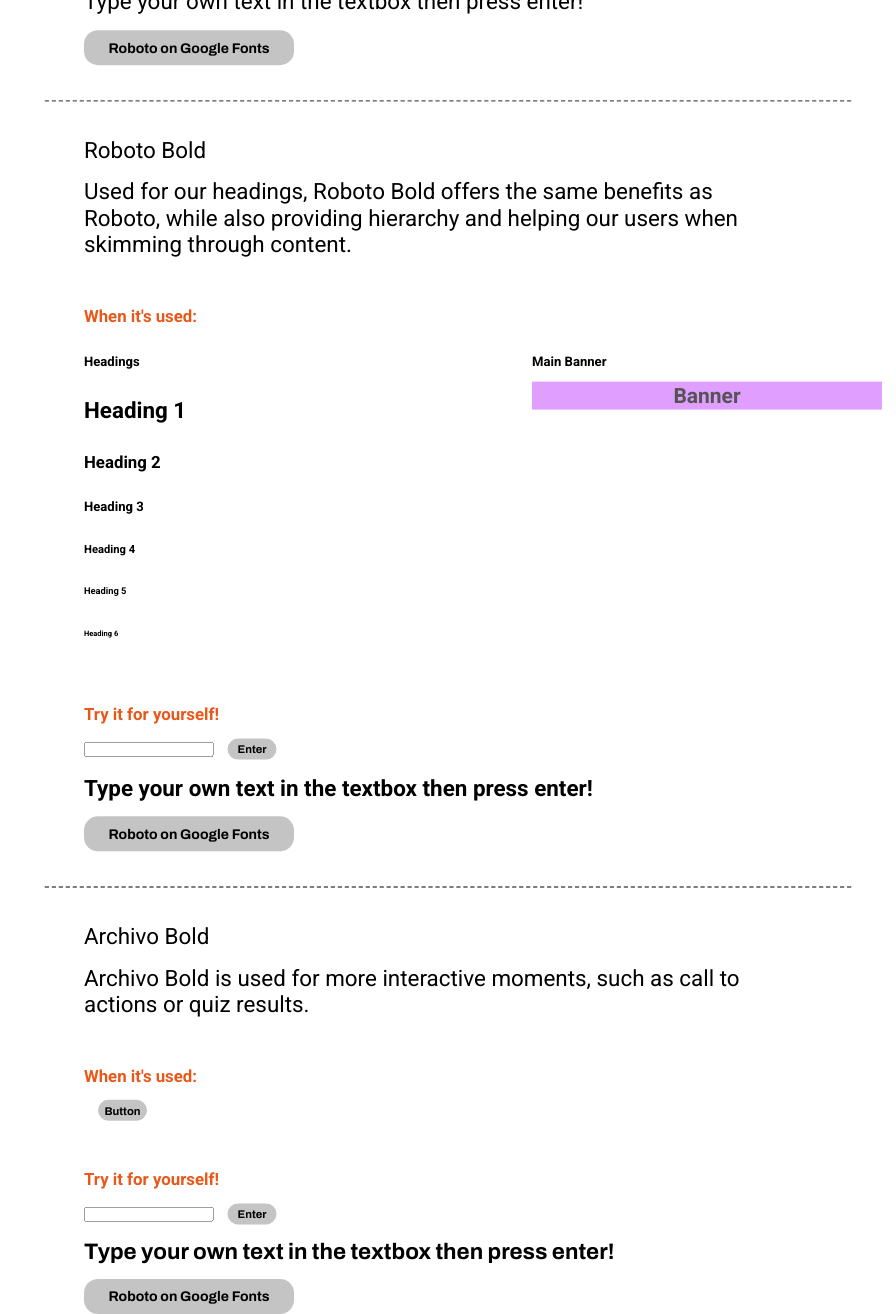
Repository: Levic559/bird-styleguide
Page: typography/index.html
These files come from the project's save history. The page is drawn as it stood at one moment and after the next save; the edit follows.
The browser window is 1280 px wide. The pictures show the part of the page from y = 733 to 2653 px (the page is 2610 px tall before and 2653 px after), at 70% of full size.

Above is the page before, as saved 2021-03-22 06:28:35.
Console error: TypeError: Cannot read properties of null (reading 'innerHTML')

### typography/index.html
<!DOCTYPE html>
<html>
    <head>
        <title>
            Typography
        </title>
        <link rel="preconnect" href="https://fonts.gstatic.com">
        <link href="https://fonts.googleapis.com/css2?family=Archivo:wght@700&family=Roboto:wght@400;700&display=swap" rel="stylesheet">
        <link href="style.css" rel="stylesheet">
    </head>
    <body>
        <div class="main">
            <!--Roboto-->
            <div class="fontcontainer">
                <h1 class="Roboto top">Roboto Regular</h1>
                <h1 class="Roboto">Roboto is our typeface for bodies of text. It offers great readability and is quite functional.</h1>
                <h2 class="Orange">When it's used:</h3>
                <div class="examplescontainer">
                    <div class="column">
                        <h3>Paragraphs</h3>
                        <p>
                            Stay safe by taking some simple precautions, such as physical distancing, wearing a mask, especially when distancing cannot be maintained, keeping rooms well ventilated, avoiding crowds and close contact, regularly cleaning your hands, and coughing into a bent elbow or tissue.
                        </p>
                    </div>
                    <div class="column">
                        <h3>Lists</h3>
                        <ul>
                            <li>Face Masks</li>
                            <li>Physical Distancing</li>
                            <li>Keeping Rooms Ventilated</li>
                            <li>Coughing into your elbow</li>
                        </ul>
                    </div>
                </div>

                <h2 class="Orange">Try it for yourself!</h2>

                <div class="inputcontainer">
                    <input type="text" id="input1"></input>
                    <div class="enter" onclick="textOne()">Enter</div>
                </div>
                <h1 class="Roboto" id="output1">Type your own text in the textbox then press enter!</h1>
                <div class="linkbutton">Roboto on Google Fonts</div>
            </div>

            <div class="divider"></div>

            <!--Roboto Bold-->
            <div class="fontcontainer">
                <h1 class="Roboto top">Roboto Bold</h1>
                <h1 class="Roboto">Used for our headings, Roboto Bold offers the same benefits as Roboto, while also providing hierarchy and helping our users when skimming through content.</h1>
                <h2 class="Orange">When it's used:</h3>
                <div class="examplescontainer">
                    <div class="column">
                        <h3>Headings</h3>
                        <h1 class="RB">Heading 1</h1>
                        <h2 class="RB">Heading 2</h2>
                        <h3 class="RB">Heading 3</h3>
                        <h4 class="RB">Heading 4</h4>
                        <h5 class="RB">Heading 5</h5>
                        <h6 class="RB">Heading 6</h6>
                    </div>
                    <div class="column">
                        <h3>Main Banner</h3>
                        <div class="banner">Banner</div>
                    </div>
                </div>

                <h2 class="Orange">Try it for yourself!</h2>

                <div class="inputcontainer">
                    <input type="text" id="input2"></input>
                    <div class="enter" onclick="textTwo()">Enter</div>
                </div>
                <h1 class="RB" id="output2">Type your own text in the textbox then press enter!</h1>
                <div class="linkbutton">Roboto on Google Fonts</div>
            </div>

            <div class="divider"></div>

            <!--Archivo-->
            <div class="fontcontainer">
                <h1 class="Roboto top">Archivo Bold</h1>
                <h1 class="Roboto">Archivo Bold is used for more interactive moments, such as call to actions or quiz results.</h1>
                <h2 class="Orange">When it's used:</h3>
                <div class="examplescontainer">
                    <div class="column">
                        <div class="enter">Button</div>
                        <div class="option"></div>
                    </div>
                    <div class="column">
                        <img src="">
                    </div>
                </div>

                <h2 class="Orange">Try it for yourself!</h2>

                <div class="inputcontainer">
                    <input type="text" id="input3"></input>
                    <div class="enter" onclick="textThree()">Enter</div>
                </div>
                <h1 class="archivo" id="output3">Type your own text in the textbox then press enter!</h1>
                <div class="linkbutton">Roboto on Google Fonts</div>
            </div>

        </div>
    </body>
    <script src="index.js"></script>
    <script src="../comps/option/index.js"></script>
    <script src="workflow.js"></script>
</html>

### typography/style.css
body {
    margin: 0px;
    padding: 0px;
    box-sizing: border-box;
}

.main {
    width: 100vw;
    height: 280vh;
    display: flex;
    flex-direction: column;
    justify-content: flex-start;
    font-family: Roboto;
}

.fontcontainer {
    margin-left: 120px;
    width: 940px;
}

.Roboto {
    font-family: Roboto;
    font-weight: normal;
}

.RB {
    font-family: Roboto;
}

.top {
    margin-top: 50px;
}

.Orange {
    color: #E95719;
    font-family: Roboto;
    margin-top: 70px;
}

.examplescontainer {
    display: flex;
    justify-content: space-between;
}

.column {
    width: 300px;
    display: flex;
    flex-direction: column;
}

.inputcontainer {
    display: flex;
    flex-direction: row;
    align-items: center;
}

.enter {
    width: 70px;
    height: 30px;
    background-color: #C4C4C4;
    color: black;
    font-family: Archivo;
    font-weight: bold;
    display: flex;
    justify-content: center;
    align-items: center;
    border-radius: 20px;
    margin-left: 20px;
}

.enter:hover, .linkbutton:hover{
    border: #545454 1px solid;
}

.linkbutton {
    width: 300px;
    height: 50px;
    background-color: #C4C4C4;
    color: black;
    font-family: Archivo;
    font-weight: bold;
    display: flex;
    justify-content: center;
    align-items: center;
    border-radius: 20px;
    font-size: 20px;
}

.divider {
    align-self: center;
    border:none;
    border-top: 2px dashed #545454;
    width: 90%;
    margin-top: 50px;
}

.banner {
    display: flex;
    justify-content: center;
    align-items: center;
    width: 500px;
    height: 40px;
    font-family: Roboto;
    font-weight: bold;
    background-color: #E09EFF;
    color:#545454;
    font-size: 30px;
}

.archivo {
    font-family: Archivo;
    font-weight: bold;
}

### typography/index.js
function textOne (){
    var text = document.getElementById("input1").value
    document.getElementById("output1").innerHTML = text
}

function textTwo (){
    var text = document.getElementById("input2").value
    document.getElementById("output2").innerHTML = text
}

function textThree (){
    var text = document.getElementById("input3").value
    document.getElementById("output3").innerHTML = text
}

### comps/option/index.js
function OptionsUI(id="Options", url=" https://encrypted-tbn0.gstatic.com/images?q=tbn:ANd9GcQ-r0CpT8B8c18zhR_QILDHZY-ElmV3FZ3vZQ&usqp=CAU", Site="../Covid-19_Options/covid-19_options.html"
,text="Covid-19"){
return`
<div id="${id}" style="
width:180px;
height:130px;
border-radius:20px;
overflow:hidden;
display:flex;
flex-direction: column;
"
onclick="location.href = '${Site}'";
onmouseover="OptionsUI.mouseover(this)";
onmouseout="OptionsUI.mouseout(this)";
>
<div style="
height:20px;
width:180px;
text-align:center;
font-family:Roboto;
font-weight:400;
font-size:16px;
Background-color: lightgrey;
line-hight:20px;
z-index:1;
">${text}</div>

<img style="
  height:100%;
  weight:100%;
  object-fit:cover;
 "
  src="${url}"/>


<div>

`

}

OptionsUI.mouseover = (el) =>{
  el.style.opacity = 0.5;
}

OptionsUI.mouseout = (el) =>{
  el.style.opacity = 1;
}


// export  const Options = OptionsUI();

### typography/workflow.js
document.querySelector(".burger").innerHTML += burGerUI();

After the next save:
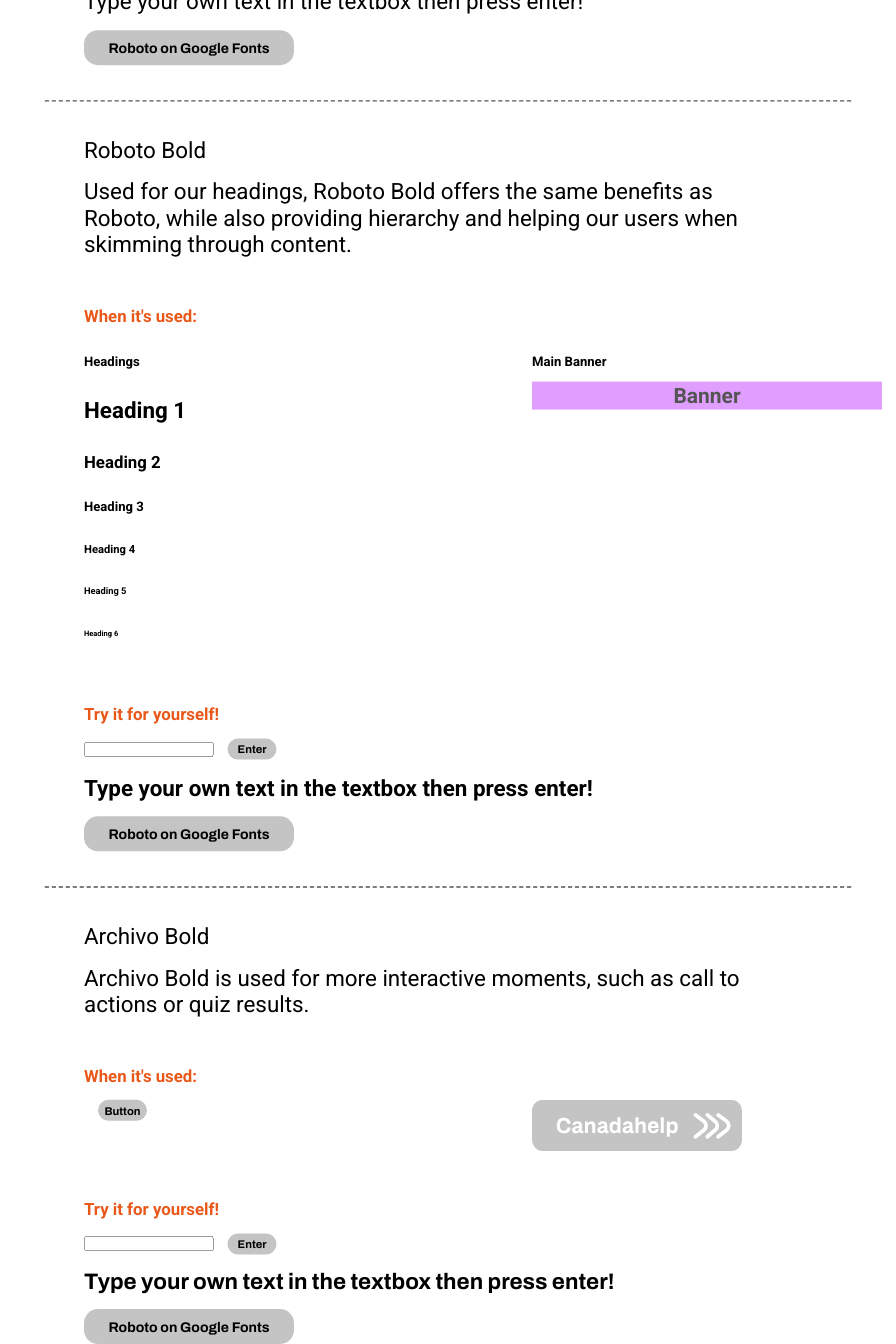
Saved 7 min 21 s later.
--- a/typography/index.html
+++ b/typography/index.html
@@ -89,7 +89,7 @@
                         <div class="option"></div>
                     </div>
                     <div class="column">
-                        <img src="">
+                        <img src="../assets/canadahelp.svg">
                     </div>
                 </div>
 
